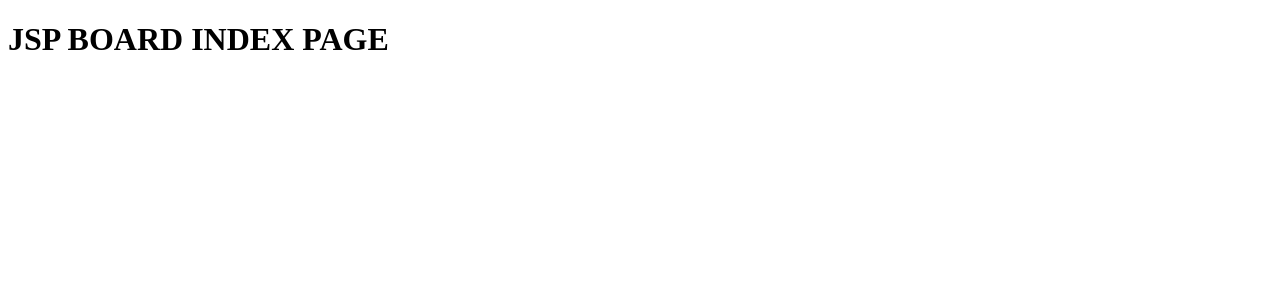
Repository: dhalfks/java2022_09_03
Page: http://localhost/board/
An editor plug-in stored every save of this project. The page is shown before and after the next save, followed by the edit.
The browser window is 1280 px wide. The pictures show the whole page.
The page is served by Tomcat 9. Other server files are loaded and not shown.

Above is the page before, as saved 2022-11-25 03:12:52.

### JSP_Board/board/src/main/webapp/index.jsp
<%@ page language="java" contentType="text/html; charset=UTF-8"
    pageEncoding="UTF-8"%>
<!DOCTYPE html>
<html>
<head>
<meta charset="UTF-8">
<title>Insert title here</title>
</head>
<body>
<h1> JSP BOARD INDEX PAGE</h1>
</body>
</html>

After the next save:
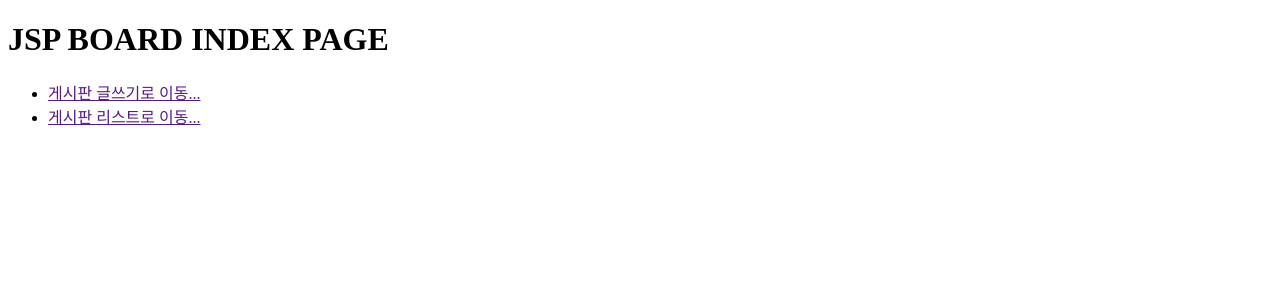
Saved 3 min 46 s later.
--- a/JSP_Board/board/src/main/webapp/index.jsp
+++ b/JSP_Board/board/src/main/webapp/index.jsp
@@ -8,5 +8,14 @@
 </head>
 <body>
 <h1> JSP BOARD INDEX PAGE</h1>
+
+<ul>
+	<li>
+		<a href=""> 게시판 글쓰기로 이동... </a>
+	</li>
+	<li>
+		<a href=""> 게시판 리스트로 이동... </a>
+	</li>
+</ul>
 </body>
 </html>
